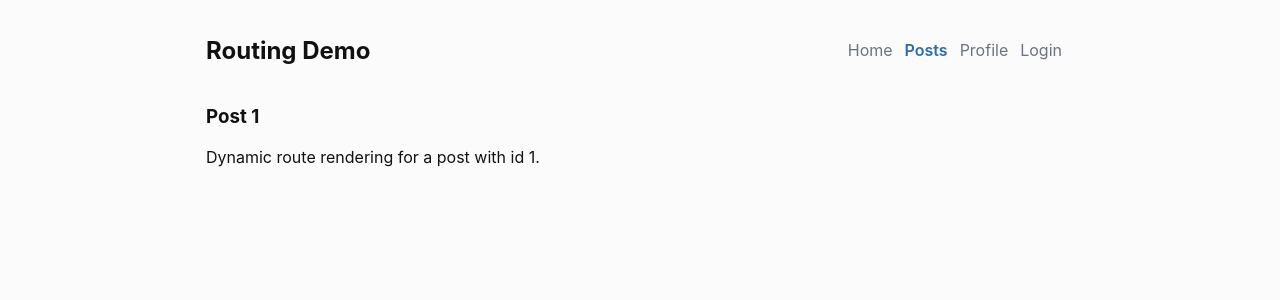
Repository: edunwant42/alx-fe-reactjs
Page: /posts/1 (app in react-router-advanced/)
The author's editor kept a copy of each file at every save. The page is drawn from the files as they stood at one save, then again after the next save.
The browser window is 1280 px wide. The pictures show the whole page.
The project was rebuilt for these pictures with package versions that can differ from the ones it lists, and the page was loaded fresh each time. Also part of the build but not shown: react-router-advanced/vite.config.js, react-router-advanced/src/components/Home.jsx, react-router-advanced/src/components/Login.jsx, react-router-advanced/src/components/Profile.jsx, react-router-advanced/src/components/ProfileDetails.jsx, react-router-advanced/src/components/ProfileSettings.jsx, react-router-advanced/src/components/ProtectedRoute.jsx, react-router-advanced/src/components/PostsList.jsx.

Above is the page before, as saved 2025-08-24 11:53:35.

### react-router-advanced/src/App.jsx
import React from 'react'
import { BrowserRouter, Routes, Route } from 'react-router-dom'
import { AuthProvider } from './context/AuthContext.jsx'
import Layout from './components/Layout.jsx'
import Home from './components/Home.jsx'
import Login from './components/Login.jsx'
import Profile from './components/Profile.jsx'
import ProfileDetails from './components/ProfileDetails.jsx'
import ProfileSettings from './components/ProfileSettings.jsx'
import ProtectedRoute from './components/ProtectedRoute.jsx'
import PostsList from './components/PostsList.jsx'
import Post from './components/Post.jsx'

function App() {
  return (
    <AuthProvider>
      <BrowserRouter>
        <Routes>
          <Route path="/" element={<Layout />}>
            <Route index element={<Home />} />
            <Route path="login" element={<Login />} />

            <Route path="posts" element={<PostsList />} />
            <Route path="posts/:postId" element={<Post />} />

            <Route
              path="profile"
              element={
                <ProtectedRoute>
                  <Profile />
                </ProtectedRoute>
              }
            >
              <Route index element={<ProfileDetails />} />
              <Route path="settings" element={<ProfileSettings />} />
            </Route>

            <Route path="*" element={<div style={{ padding: 20 }}>404 — Not found</div>} />
          </Route>
        </Routes>
      </BrowserRouter>
    </AuthProvider>
  )
}

export default App

### react-router-advanced/src/index.css
:root{
  --accent:#2b6cb0;
  --muted:#6b7280;
}
*{box-sizing:border-box}
body{font-family:Inter, system-ui, Arial, sans-serif;margin:0;background:#fbfbfc;color:#111}
.app-container{max-width:900px;margin:1rem auto;padding:0 1rem}
header{display:flex;justify-content:space-between;align-items:center}
nav a{color:var(--muted);text-decoration:none;margin-right:12px}
nav a.active{color:var(--accent);font-weight:600}
nav button{background:var(--accent);color:white;border:none;padding:6px 10px;border-radius:6px;cursor:pointer}
main{margin-top:20px}
.card{background:white;border:1px solid #eee;padding:12px;border-radius:8px}

.btn{background:var(--accent);color:white;border:none;padding:8px 12px;border-radius:6px;cursor:pointer}
.btn.secondary{background:#eee;color:#111;border:1px solid #ddd}
.form{display:block;max-width:420px}
.form label{display:block;margin-bottom:8px;color:var(--muted)}
.form input[type="text"],.form input[type="email"],.form input[type="password"]{display:block;width:100%;padding:8px;border:1px solid #e6e6e6;border-radius:6px;margin-top:6px}
.post-list{list-style:none;padding:0}
.post-list li{padding:10px 0;border-bottom:1px solid #f1f1f1}
.post-link{color:var(--accent);text-decoration:none}
.muted{color:var(--muted)}

### react-router-advanced/src/context/AuthContext.jsx
import React, { createContext, useContext, useState } from 'react'

const AuthContext = createContext(null)

export function AuthProvider({ children }) {
  const [user, setUser] = useState(null)

  const signin = (username, cb) => {
    setUser({ name: username })
    if (cb) cb()
  }

  const signout = (cb) => {
    setUser(null)
    if (cb) cb()
  }

  return (
    <AuthContext.Provider value={{ user, signin, signout }}>
      {children}
    </AuthContext.Provider>
  )
}

export function useAuth() {
  return useContext(AuthContext)
}

### react-router-advanced/src/components/Layout.jsx
import React from 'react'
import { Outlet, NavLink } from 'react-router-dom'
import { useAuth } from '../context/AuthContext.jsx'

export default function Layout() {
  const { user, signout } = useAuth()

  return (
    <div className="app-container">
      <header>
        <h2>Routing Demo</h2>
        <nav>
          <NavLink to="/" className={({ isActive }) => (isActive ? 'active' : '')}>
            Home
          </NavLink>
          <NavLink to="/posts" className={({ isActive }) => (isActive ? 'active' : '')}>
            Posts
          </NavLink>
          <NavLink to="/profile" className={({ isActive }) => (isActive ? 'active' : '')}>
            Profile
          </NavLink>
          {!user ? (
            <NavLink to="/login">Login</NavLink>
          ) : (
            <button onClick={() => signout()} style={{ marginLeft: 8 }}>
              Sign out
            </button>
          )}
        </nav>
      </header>

      <main>
        <Outlet />
      </main>
    </div>
  )
}

### react-router-advanced/src/components/Post.jsx
import React from 'react'
import { useParams } from 'react-router-dom'

export default function Post() {
  const { postId } = useParams()

  return (
    <div>
      <h3>Post {postId}</h3>
      <p>Dynamic route rendering for a post with id {postId}.</p>
    </div>
  )
}

Loaded but not shown: react-router-advanced/index.html (common file); react-router-advanced/src/main.jsx (common file)

After the next save:
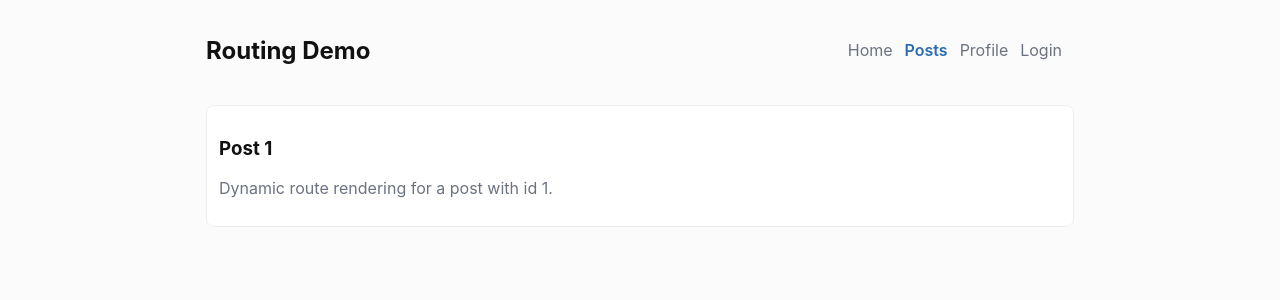
Saved 7 s later.
--- a/react-router-advanced/src/components/Post.jsx
+++ b/react-router-advanced/src/components/Post.jsx
@@ -5,9 +5,9 @@ export default function Post() {
   const { postId } = useParams()
 
   return (
-    <div>
+    <div className="card">
       <h3>Post {postId}</h3>
-      <p>Dynamic route rendering for a post with id {postId}.</p>
+      <p className="muted">Dynamic route rendering for a post with id {postId}.</p>
     </div>
   )
 }
